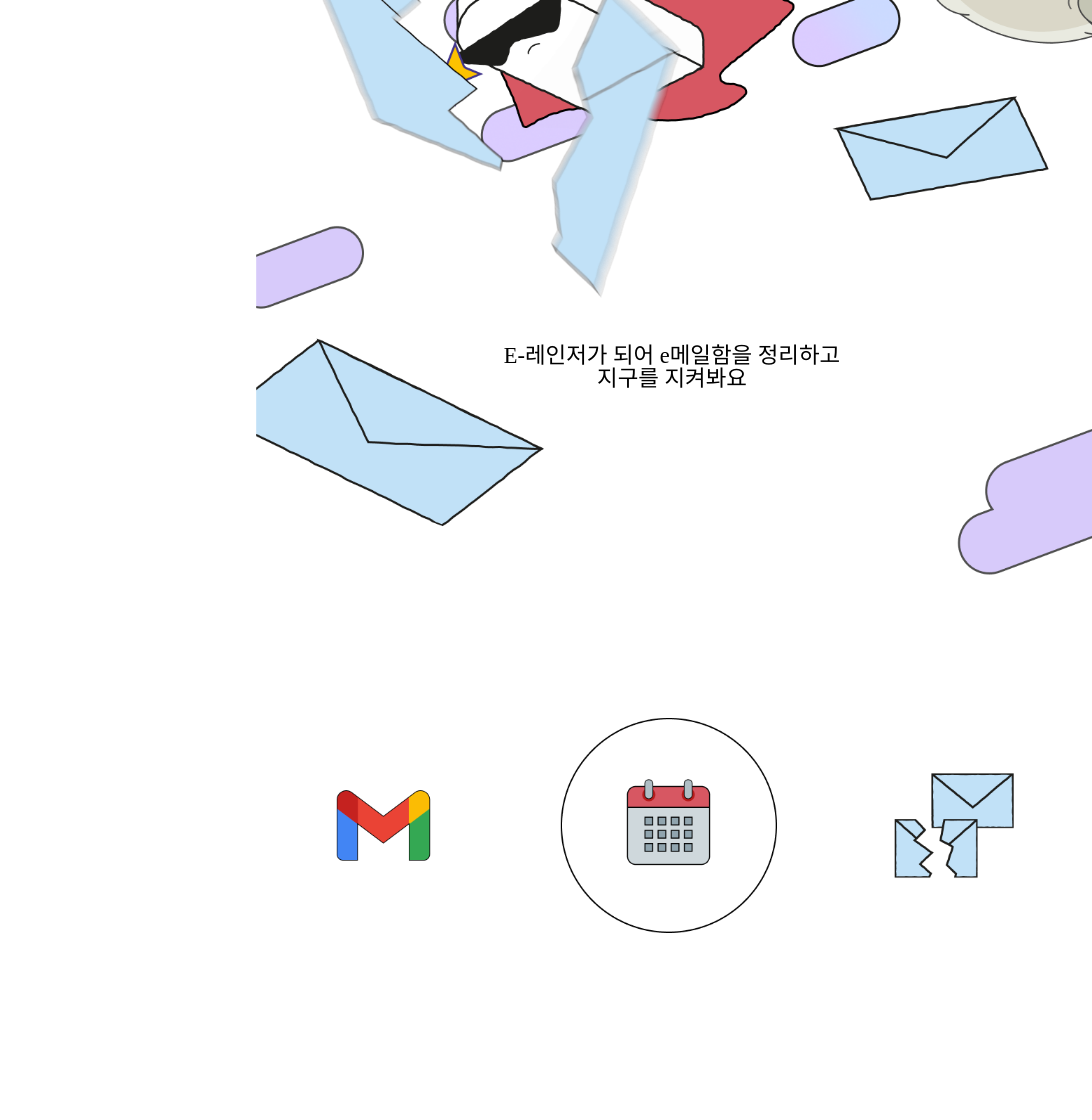
Repository: Sopkathon-30th-2/frontend
Page: /
These files come from the project's save history. The page is drawn as it stood at one moment and after the next save; the edit follows.
The browser window is 1280 px wide. The page is 1560 px wide, so the pictures cover 1560 px, including what lies to the right of the window. The pictures show the part of the page from y = 2140 to 3740 px (the page is 4218 px tall), at 70% of full size.
The project was rebuilt for these pictures with package versions that can differ from the ones it lists, and the page was loaded fresh each time. Also part of the build but not shown: src/components/common/ErrorBoundary.jsx, src/components/common/ErrorComponent.jsx, src/components/common/Loading.jsx, src/utils/wrapPromise.js, src/lib/index.js, src/pages/Sample.jsx, src/pages/ResultPage.jsx, src/components/common/Header.jsx and 1 more.

Above is the page before, as saved 2022-05-22 06:39:00.

After the next save:
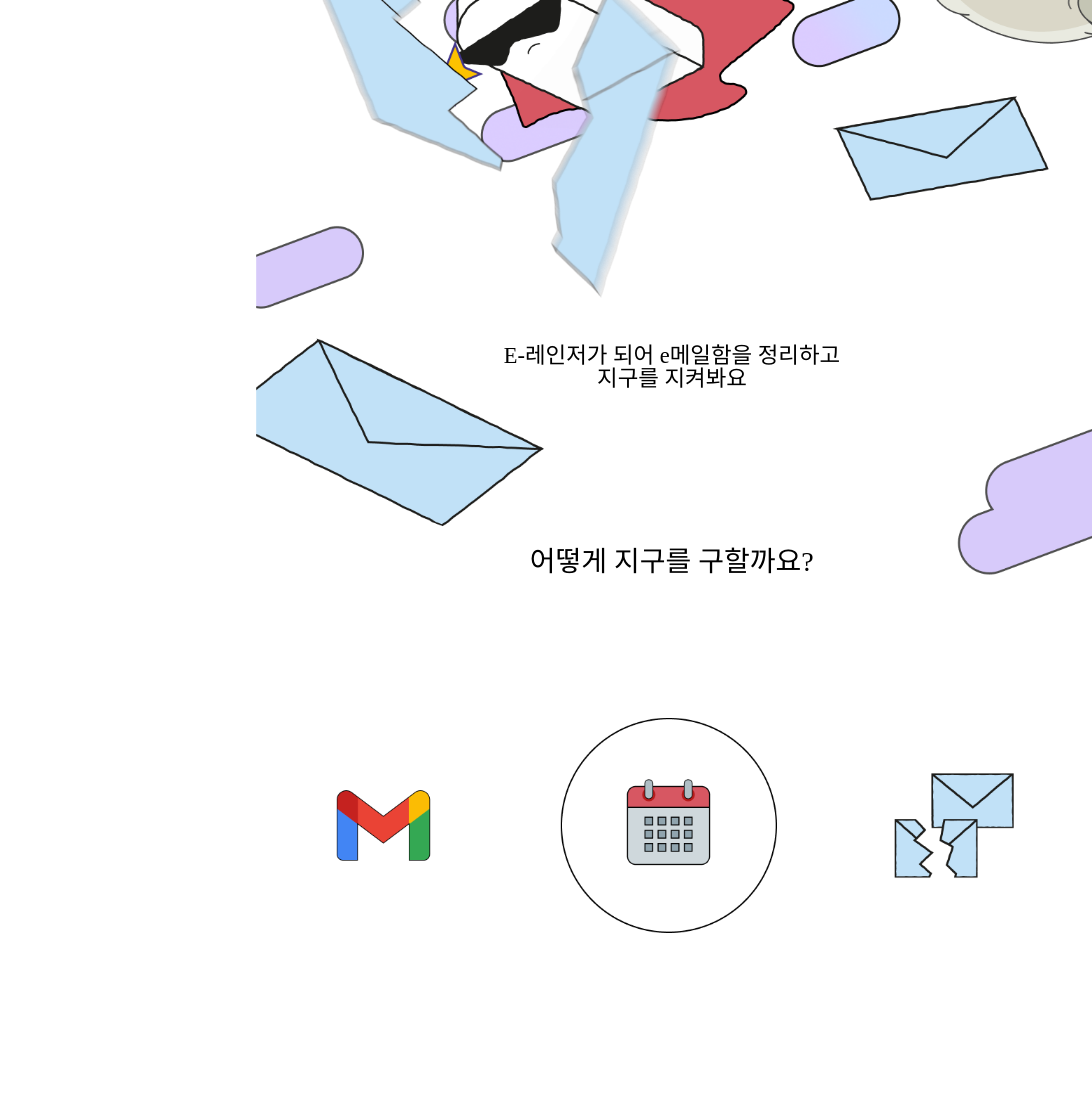
Saved 35 s later.
--- a/src/pages/MainPage.jsx
+++ b/src/pages/MainPage.jsx
@@ -92,6 +92,7 @@
         E-레인저가 되어 e메일함을 정리하고
         <br /> 지구를 지켜봐요
       </MainContent_second>
+      <HowToUseTitle>어떻게 지구를 구할까요?</HowToUseTitle>
       <GoogleLogin
         buttonText="구글계정으로 로그인"
         clientId={clientId}
